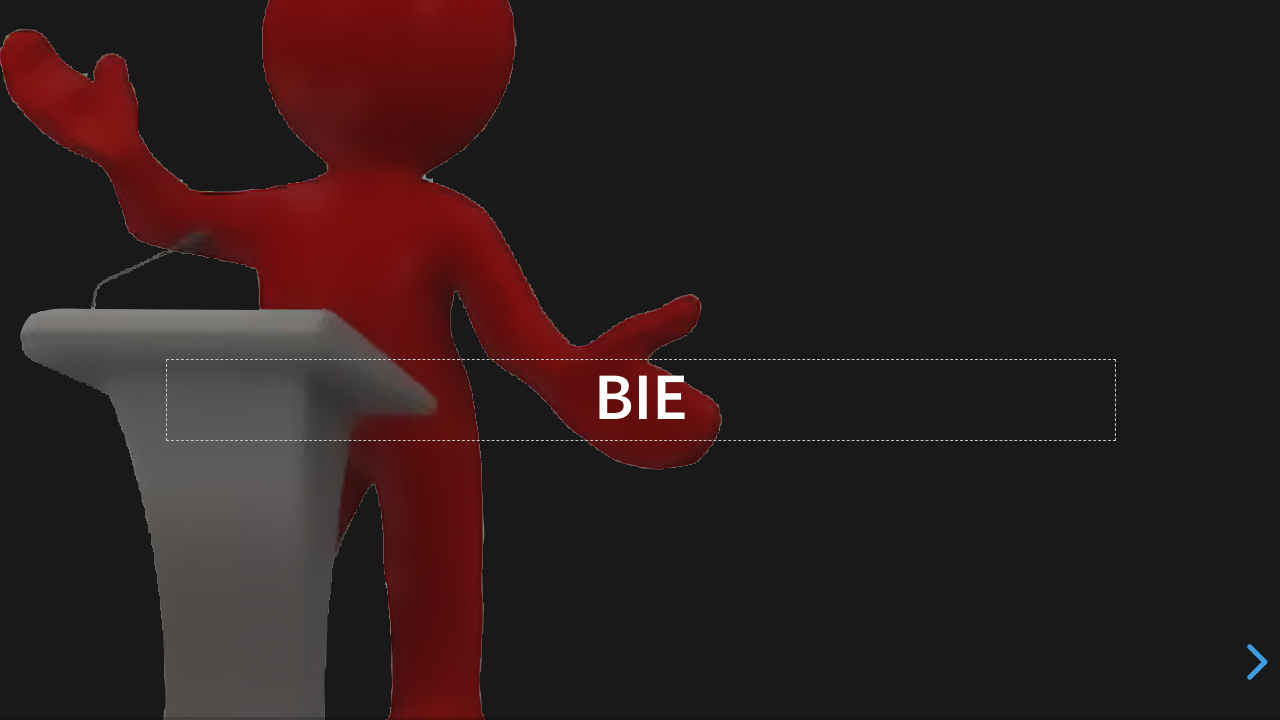
Repository: cutesquirrel/pres-college
Page: index.html
The author's editor kept a copy of each file at every save. The page is drawn from the files as they stood at one save, then again after the next save.
The browser window is 1280 px wide. The pictures show the whole page.

Above is the page before, as saved 2024-03-31 10:51:20.

### index.html
<!doctype html>
<html lang="en">
	<head>
		<meta charset="utf-8">
		<meta name="viewport" content="width=device-width, initial-scale=1.0, maximum-scale=1.0, user-scalable=no">

		<title>reveal.js</title>

		<link rel="stylesheet" href="dist/reset.css">
		<link rel="stylesheet" href="dist/reveal.css">
		<link rel="stylesheet" href="dist/theme/black.css">

		<!-- Theme used for syntax highlighted code -->
		<link rel="stylesheet" href="plugin/highlight/monokai.css">
		<link rel="stylesheet" href="custom.css">
	</head>
	<body>
		<div class="reveal">
			<div class="slides">
				<section data-background-image="./whoami.png" data-background-size="722px" data-background-position="left" data-background-repeat="no-repeat" data-background-opacity="0.5">
					<h2 class="animate-text">Bienvenue !</h2>
				</section>
				<section data-background-image="./whoami.png" data-background-size="722px" data-background-position="left" data-background-repeat="no-repeat" data-background-opacity="0.5">
					<h2>Qui suis-je ?</h2>
				</section>
				<section data-background-image="./fond_dev.png" >
					<h2>Développement ?</h2>
				</section>
				<section>

					<h2>Idées de thèmes</h2>
					<ul class="r-fit-text">
<li class="fragment fade-left">Les différentes activités réalisées dans votre travail
Développement Web
Gestion de projet
Management d'équipe
Travailler avec les fournisseurs : hébergeur, avis clients par ex, réseaux sociaux
Réunions d'équipe : qui travaille sur quoi ?
Réunions pour préparer des nouveaux projets
Réunions de crise : gros souci sur un site, on ne vend plus ? panique à bord ?


</li>
<li class="fragment fade-left">Description d'une journée type
	Je dirige une équipe de 8 personnes, coupée en 3 : une partie à Aix, l'autre à Montpellier, 1 en Bretagne
	On utilise donc beaucoup Slack, un outil pour communiquer entre nous, comme WhatsApp
Outils de chat : 2
</li>

<li class="fragment fade-left">les horaires de travail -

	9h-12h/14h-18h environ</li>

<li class="fragment fade-left">lieu(x) d’exercice du métier:

	dans l'entreprise, à Aix, ou en télétravail 2j/semaine</li>

<li class="fragment fade-left">les qualités et compétences demandées
	passioné par le développement
  curieux, inventif
	aimer travailler en équipe
	autonôme parfois
</li>

<li class="fragment fade-left">votre parcours de formation
ESIGELEC, école d'ingénieur généraliste.
Plein d'autres formations possibles : EPITECH, l'école 42, BTS, BUT, formation de reconversion


</li>
<li class="fragment fade-left">la place de l’anglais dans votre profession</li>
<li class="fragment fade-left">L’éducation nationale s’engage pour le développement durable et la transition écologique :
	la question de l’environnement est au coeur des nouveaux programme du lycée.

	parler de la question de la consommation énergétique
	Green IT ?
  Netflix, moteurs de recherche comme Google, l'intelligence articielle, le bitcoin - consommation énergétique monstrueuse


</li>
<li class="fragment fade-left">Entreprise ? égalité fille/ garçon: la part des femmes et des hommes dans votre entreprise

	Parmi les développeurs/euses, il y a encore peu de femmes.
	La preuve, je n'ai qu'une femme dans mon équipe sur 8 personnes...

	Par contre, au service marketing, dont je fais partie, c'est principalement des femmes :
	   graphistes, designeuses
	   community manager
		 responsable produit
		 ventes

  De nombreuses initiatives existent pour promouvoir la place de la femme dans ce métier.

</li>
					</ul>

TROUVER QQ PHOTOS HOMAIR
QQ PHOTOS AGREMENTANT LA PRESENTATION

				</section>
				<section>
					<section>Slide 2.1</section>
					<section>Slide 2.2</section>
				</section>
				<section data-transition="convex">
					<h3>data-transition: convex</h3>
				</section>
				<section data-background="indigo">
					<h2>Scroll triggered fragments</h2>
					<ul>
						<li class="fragment fade-left">Step one</li>
						<li class="fragment fade-left">Step two</li>
						<li class="fragment fade-left">Step three</li>
					</ul>
				</section>
			</div>
		</div>

		<script src="dist/reveal.js"></script>
		<script src="plugin/notes/notes.js"></script>
		<script src="plugin/markdown/markdown.js"></script>
		<script src="plugin/highlight/highlight.js"></script>
		<script>
			// More info about initialization & config:
			// - https://revealjs.com/initialization/
			// - https://revealjs.com/config/
			Reveal.initialize({
				hash: true,

				// Learn about plugins: https://revealjs.com/plugins/
				plugins: [ RevealMarkdown, RevealHighlight, RevealNotes ]
			});
		</script>
		<script src="custom.js"></script>
	</body>
</html>

### dist/theme/black.css
/**
 * Black theme for reveal.js. This is the opposite of the 'white' theme.
 *
 * By Hakim El Hattab, http://hakim.se
 */
@import url(./fonts/source-sans-pro/source-sans-pro.css);
section.has-light-background, section.has-light-background h1, section.has-light-background h2, section.has-light-background h3, section.has-light-background h4, section.has-light-background h5, section.has-light-background h6 {
  color: #222;
}

/*********************************************
 * GLOBAL STYLES
 *********************************************/
:root {
  --r-background-color: #191919;
  --r-main-font: Source Sans Pro, Helvetica, sans-serif;
  --r-main-font-size: 42px;
  --r-main-color: #fff;
  --r-block-margin: 20px;
  --r-heading-margin: 0 0 20px 0;
  --r-heading-font: Source Sans Pro, Helvetica, sans-serif;
  --r-heading-color: #fff;
  --r-heading-line-height: 1.2;
  --r-heading-letter-spacing: normal;
  --r-heading-text-transform: uppercase;
  --r-heading-text-shadow: none;
  --r-heading-font-weight: 600;
  --r-heading1-text-shadow: none;
  --r-heading1-size: 2.5em;
  --r-heading2-size: 1.6em;
  --r-heading3-size: 1.3em;
  --r-heading4-size: 1em;
  --r-code-font: monospace;
  --r-link-color: #42affa;
  --r-link-color-dark: #068de9;
  --r-link-color-hover: #8dcffc;
  --r-selection-background-color: rgba(66, 175, 250, 0.75);
  --r-selection-color: #fff;
  --r-overlay-element-bg-color: 240, 240, 240;
  --r-overlay-element-fg-color: 0, 0, 0;
}

.reveal-viewport {
  background: #191919;
  background-color: var(--r-background-color);
}

.reveal {
  font-family: var(--r-main-font);
  font-size: var(--r-main-font-size);
  font-weight: normal;
  color: var(--r-main-color);
}

.reveal ::selection {
  color: var(--r-selection-color);
  background: var(--r-selection-background-color);
  text-shadow: none;
}

.reveal ::-moz-selection {
  color: var(--r-selection-color);
  background: var(--r-selection-background-color);
  text-shadow: none;
}

.reveal .slides section,
.reveal .slides section > section {
  line-height: 1.3;
  font-weight: inherit;
}

/*********************************************
 * HEADERS
 *********************************************/
.reveal h1,
.reveal h2,
.reveal h3,
.reveal h4,
.reveal h5,
.reveal h6 {
  margin: var(--r-heading-margin);
  color: var(--r-heading-color);
  font-family: var(--r-heading-font);
  font-weight: var(--r-heading-font-weight);
  line-height: var(--r-heading-line-height);
  letter-spacing: var(--r-heading-letter-spacing);
  text-transform: var(--r-heading-text-transform);
  text-shadow: var(--r-heading-text-shadow);
  word-wrap: break-word;
}

.reveal h1 {
  font-size: var(--r-heading1-size);
}

.reveal h2 {
  font-size: var(--r-heading2-size);
}

.reveal h3 {
  font-size: var(--r-heading3-size);
}

.reveal h4 {
  font-size: var(--r-heading4-size);
}

.reveal h1 {
  text-shadow: var(--r-heading1-text-shadow);
}

/*********************************************
 * OTHER
 *********************************************/
.reveal p {
  margin: var(--r-block-margin) 0;
  line-height: 1.3;
}

/* Remove trailing margins after titles */
.reveal h1:last-child,
.reveal h2:last-child,
.reveal h3:last-child,
.reveal h4:last-child,
.reveal h5:last-child,
.reveal h6:last-child {
  margin-bottom: 0;
}

/* Ensure certain elements are never larger than the slide itself */
.reveal img,
.reveal video,
.reveal iframe {
  max-width: 95%;
  max-height: 95%;
}

.reveal strong,
.reveal b {
  font-weight: bold;
}

.reveal em {
  font-style: italic;
}

.reveal ol,
.reveal dl,
.reveal ul {
  display: inline-block;
  text-align: left;
  margin: 0 0 0 1em;
}

.reveal ol {
  list-style-type: decimal;
}

.reveal ul {
  list-style-type: disc;
}

.reveal ul ul {
  list-style-type: square;
}

.reveal ul ul ul {
  list-style-type: circle;
}

.reveal ul ul,
.reveal ul ol,
.reveal ol ol,
.reveal ol ul {
  display: block;
  margin-left: 40px;
}

.reveal dt {
  font-weight: bold;
}

.reveal dd {
  margin-left: 40px;
}

.reveal blockquote {
  display: block;
  position: relative;
  width: 70%;
  margin: var(--r-block-margin) auto;
  padding: 5px;
  font-style: italic;
  background: rgba(255, 255, 255, 0.05);
  box-shadow: 0px 0px 2px rgba(0, 0, 0, 0.2);
}

.reveal blockquote p:first-child,
.reveal blockquote p:last-child {
  display: inline-block;
}

.reveal q {
  font-style: italic;
}

.reveal pre {
  display: block;
  position: relative;
  width: 90%;
  margin: var(--r-block-margin) auto;
  text-align: left;
  font-size: 0.55em;
  font-family: var(--r-code-font);
  line-height: 1.2em;
  word-wrap: break-word;
  box-shadow: 0px 5px 15px rgba(0, 0, 0, 0.15);
}

.reveal code {
  font-family: var(--r-code-font);
  text-transform: none;
  tab-size: 2;
}

.reveal pre code {
  display: block;
  padding: 5px;
  overflow: auto;
  max-height: 400px;
  word-wrap: normal;
}

.reveal .code-wrapper {
  white-space: normal;
}

.reveal .code-wrapper code {
  white-space: pre;
}

.reveal table {
  margin: auto;
  border-collapse: collapse;
  border-spacing: 0;
}

.reveal table th {
  font-weight: bold;
}

.reveal table th,
.reveal table td {
  text-align: left;
  padding: 0.2em 0.5em 0.2em 0.5em;
  border-bottom: 1px solid;
}

.reveal table th[align=center],
.reveal table td[align=center] {
  text-align: center;
}

.reveal table th[align=right],
.reveal table td[align=right] {
  text-align: right;
}

.reveal table tbody tr:last-child th,
.reveal table tbody tr:last-child td {
  border-bottom: none;
}

.reveal sup {
  vertical-align: super;
  font-size: smaller;
}

.reveal sub {
  vertical-align: sub;
  font-size: smaller;
}

.reveal small {
  display: inline-block;
  font-size: 0.6em;
  line-height: 1.2em;
  vertical-align: top;
}

.reveal small * {
  vertical-align: top;
}

.reveal img {
  margin: var(--r-block-margin) 0;
}

/*********************************************
 * LINKS
 *********************************************/
.reveal a {
  color: var(--r-link-color);
  text-decoration: none;
  transition: color 0.15s ease;
}

.reveal a:hover {
  color: var(--r-link-color-hover);
  text-shadow: none;
  border: none;
}

.reveal .roll span:after {
  color: #fff;
  background: var(--r-link-color-dark);
}

/*********************************************
 * Frame helper
 *********************************************/
.reveal .r-frame {
  border: 4px solid var(--r-main-color);
  box-shadow: 0 0 10px rgba(0, 0, 0, 0.15);
}

.reveal a .r-frame {
  transition: all 0.15s linear;
}

.reveal a:hover .r-frame {
  border-color: var(--r-link-color);
  box-shadow: 0 0 20px rgba(0, 0, 0, 0.55);
}

/*********************************************
 * NAVIGATION CONTROLS
 *********************************************/
.reveal .controls {
  color: var(--r-link-color);
}

/*********************************************
 * PROGRESS BAR
 *********************************************/
.reveal .progress {
  background: rgba(0, 0, 0, 0.2);
  color: var(--r-link-color);
}

/*********************************************
 * PRINT BACKGROUND
 *********************************************/
@media print {
  .backgrounds {
    background-color: var(--r-background-color);
  }
}

### plugin/highlight/monokai.css
/*
Monokai style - ported by Luigi Maselli - http://grigio.org
*/

.hljs {
  display: block;
  overflow-x: auto;
  padding: 0.5em;
  background: #272822;
  color: #ddd;
}

.hljs-tag,
.hljs-keyword,
.hljs-selector-tag,
.hljs-literal,
.hljs-strong,
.hljs-name {
  color: #f92672;
}

.hljs-code {
  color: #66d9ef;
}

.hljs-class .hljs-title {
  color: white;
}

.hljs-attribute,
.hljs-symbol,
.hljs-regexp,
.hljs-link {
  color: #bf79db;
}

.hljs-string,
.hljs-bullet,
.hljs-subst,
.hljs-title,
.hljs-section,
.hljs-emphasis,
.hljs-type,
.hljs-built_in,
.hljs-builtin-name,
.hljs-selector-attr,
.hljs-selector-pseudo,
.hljs-addition,
.hljs-variable,
.hljs-template-tag,
.hljs-template-variable {
  color: #a6e22e;
}

.hljs-comment,
.hljs-quote,
.hljs-deletion,
.hljs-meta {
  color: #75715e;
}

.hljs-keyword,
.hljs-selector-tag,
.hljs-literal,
.hljs-doctag,
.hljs-title,
.hljs-section,
.hljs-type,
.hljs-selector-id {
  font-weight: bold;
}

### custom.css
/* effet machine à écrire (SIMPLE) */
.animate-text {
	visibility:hidden;
  font-family:"courier",sans-serif;
  color:black;
}

/* déco */
.animate-text {
  width:100%; /* pour visualiser le passage a la ligne */
  border:1px dashed #ccc;
}

/* effet machine à écrire + animation CSS (SPECIAL) */
/*
.animate-text span {
	display:inline-block;
  color:purple;
  animation:fade-in 0.8s ease-in-out 1;
	animation-fill-mode: forwards;
}
@keyframes fade-in {
	0% { opacity:0; font-size:0; xxmargin-left:100px; }
  100% { opacity:1; xxfont-size:300%; xxtransform:rotate(360deg); margin-left:0; }
}
*/

### custom.js
/* ------------------------- */
/* Version en JavaScript pur */
/* ------------------------- */
'use strict'
window.addEventListener('DOMContentLoaded', (event) => {
  animate_text()
  setInterval(animate_text, 4000)
})
// -------------------
function animate_text() {
  let delay = 400,
    delay_start = 0,
    contents,
    letters

  document.querySelectorAll('.animate-text').forEach(function (elem) {
    contents = elem.textContent.trim()
    elem.textContent = ''
    letters = contents.split('')
    elem.style.visibility = 'visible'

    letters.forEach(function (letter, index_1) {
      setTimeout(function () {
        // ---------
        // effet machine à écrire (SIMPLE)
        elem.textContent += letter
        // ---------
        // OU :
        // effet machine à écrire + animation CSS (SPECIAL)
        /*
        var span = document.createElement('span');
        span.innerHTML = letter.replace(/ /,'&nbsp;');
        elem.appendChild(span);
*/
        // ---------
      }, delay_start + delay * index_1)
    })
    delay_start += delay * letters.length
  })
}

Loaded but not shown: dist/reset.css (common file); dist/reveal.css (library); dist/reveal.js (library); plugin/notes/notes.js (library); plugin/markdown/markdown.js (library); plugin/highlight/highlight.js (library); dist/theme/fonts/source-sans-pro/source-sans-pro.css (common file)

After the next save:
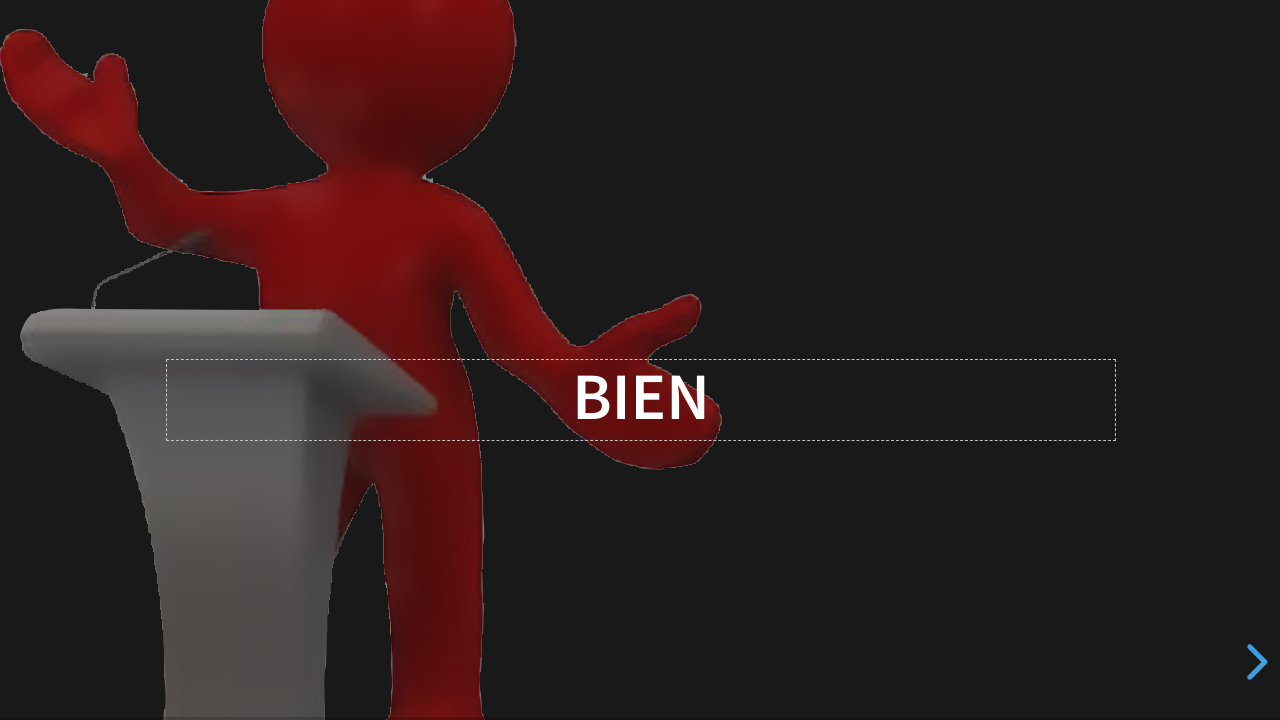
Saved 9 s later.
--- a/custom.js
+++ b/custom.js
@@ -8,7 +8,7 @@ window.addEventListener('DOMContentLoaded', (event) => {
 })
 // -------------------
 function animate_text() {
-  let delay = 400,
+  let delay = 300,
     delay_start = 0,
     contents,
     letters
